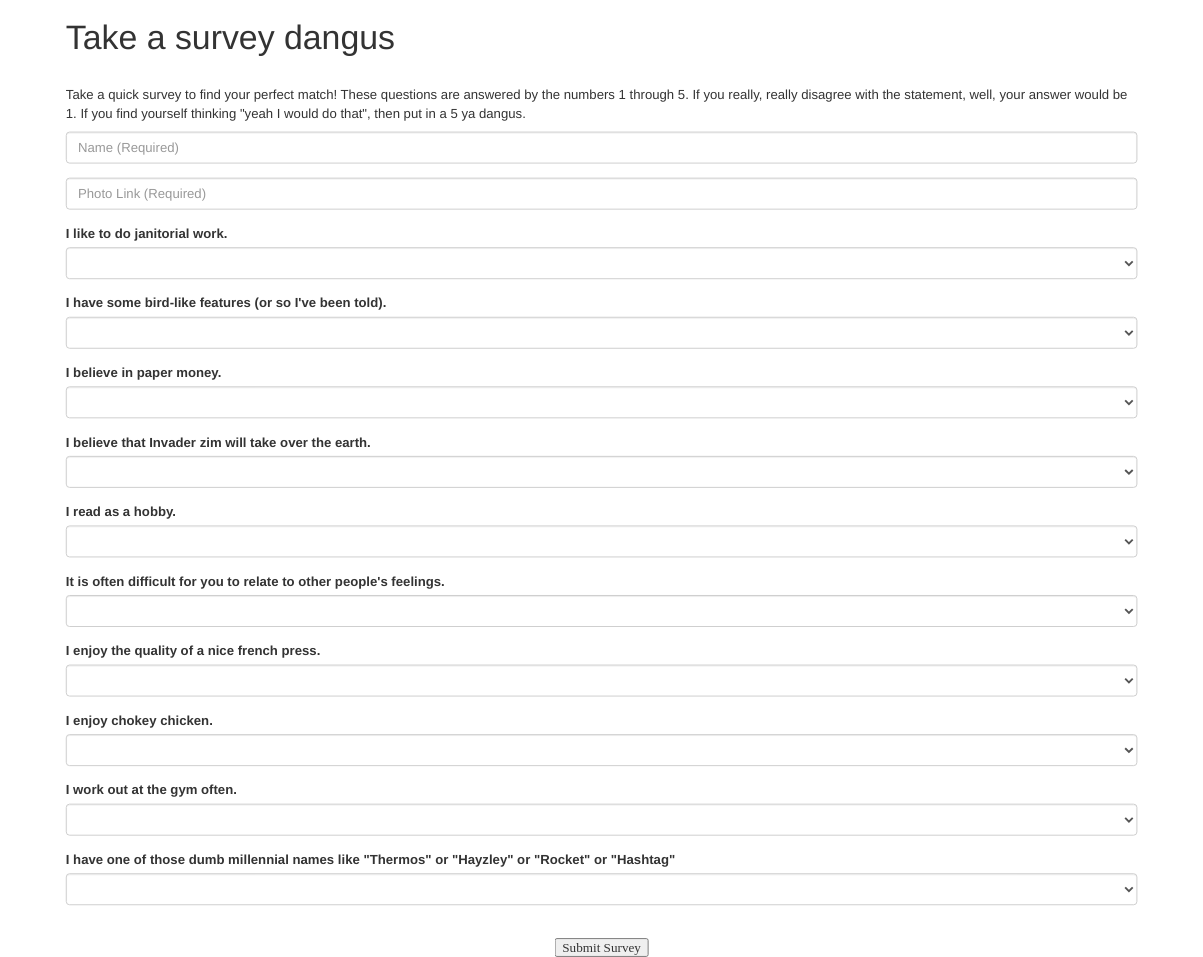
Repository: kcummings1/Mate-Matcher
Page: public/survey.html
An editor plug-in stored every save of this project. The page is shown before and after the next save, followed by the edit.
The browser window is 1280 px wide. The pictures show the whole page, at 94% of full size.
Some web libraries are served in a nearby version.

Above is the page before, as saved 2019-10-05 12:30:52.

After the next save:
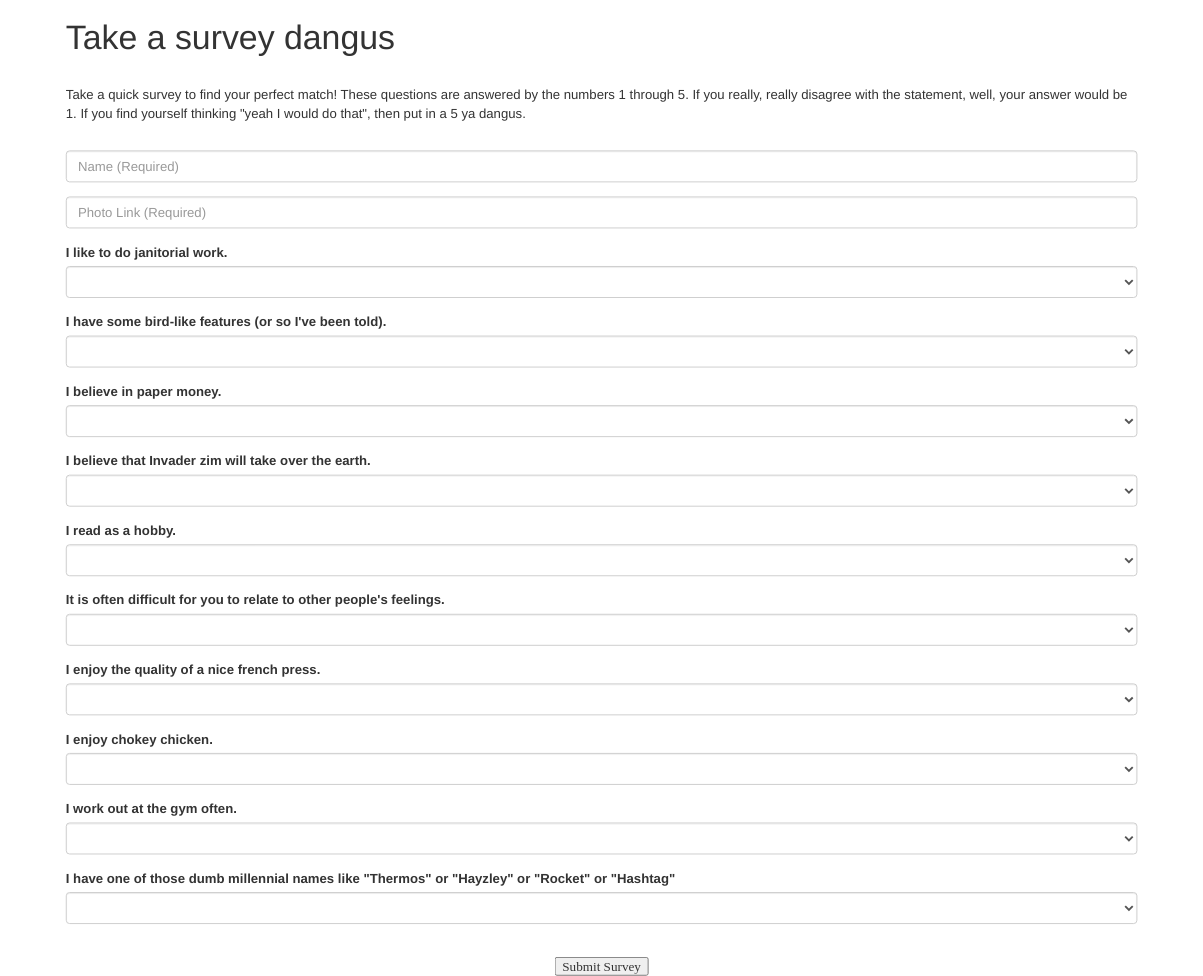
Saved 14 s later.
--- a/public/survey.html
+++ b/public/survey.html
@@ -14,7 +14,7 @@
         <h1>Take a survey dangus</h1> <br>
         <p>Take a quick survey to find your perfect match! These questions are answered by the numbers 1 through 5. If
             you really, really disagree with the statement, well, your answer would be 1. If you find yourself thinking
-            "yeah I would do that", then put in a 5 ya dangus.</p>
+            "yeah I would do that", then put in a 5 ya dangus.</p> <br>
         <form>
             <div class="form-group">
                 <input id="name" type="text" class="form-control" placeholder="Name (Required)">
